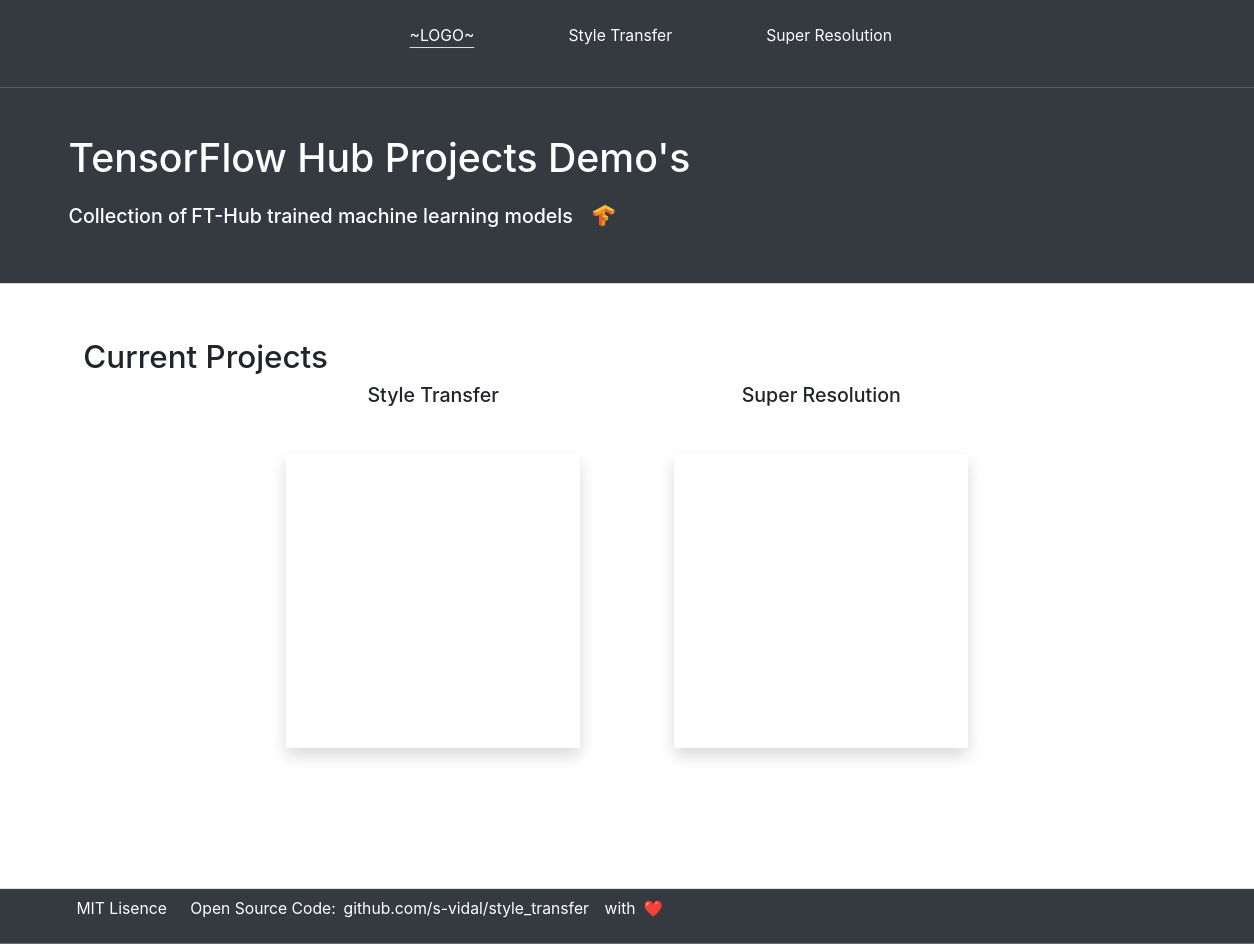
Repository: s-vidal/style_transfer
Page: / (app in client/)
An editor plug-in stored every save of this project. The page is shown before and after a run of saves, followed by the edit.
The browser window is 1280 px wide. The pictures show the whole page, at 98% of full size.
The page's requests for data from a server got no answer. The project was rebuilt for these pictures with package versions that can differ from the ones it lists, and the page was loaded fresh each time. A package was used in the major version that the imports need, not the one package.json lists. No one was signed in, and anything a server would have sent is missing. Also part of the build but not shown: client/src/components/DropZone.jsx, client/src/lib/api.js, client/src/components/Inference.jsx, client/src/components/Header.jsx, client/src/pages/StyleTransfer.jsx, client/src/pages/SuperResolution.jsx.

Above is the page before, as saved 2020-09-30 14:30:35.

After the next 3 saves:
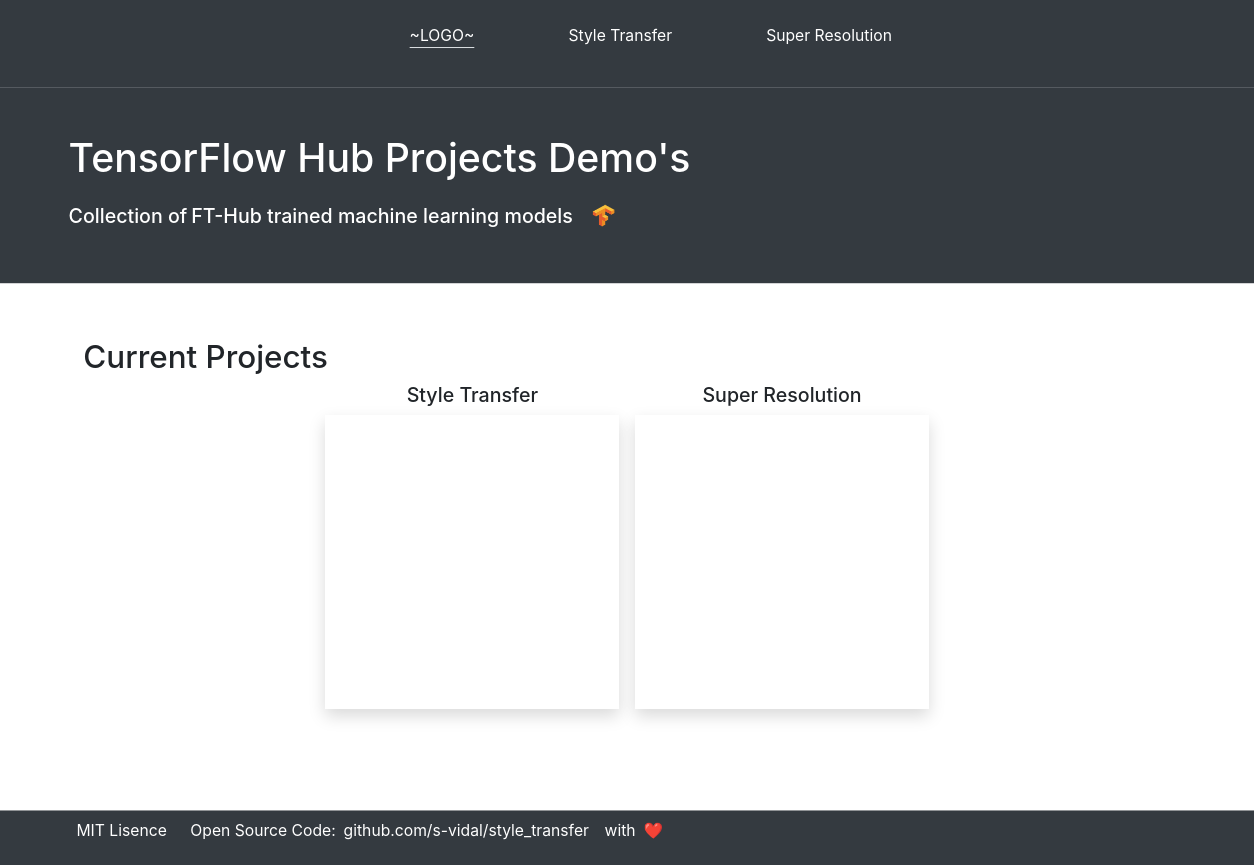
The 3 saves are shown as one change because they came seconds apart.
The last was saved 14 s later.
--- a/client/src/pages/HomePage.jsx
+++ b/client/src/pages/HomePage.jsx
@@ -35,11 +35,11 @@
           <div className="row d-flex justify-content-center">
             <div>
               <h5 className="text-center">Style Transfer</h5>
-              <div className="home-item shadow m-5 mt-2"></div>
+              <div className="home-item shadow m-2 mt-2"></div>
             </div>
             <div>
               <h5 className="text-center"> Super Resolution</h5>
-              <div className="home-item shadow m-5 mt-2"></div>
+              <div className="home-item shadow m-2"></div>
             </div>
           </div>
         </div>

After the 3 saves that followed:
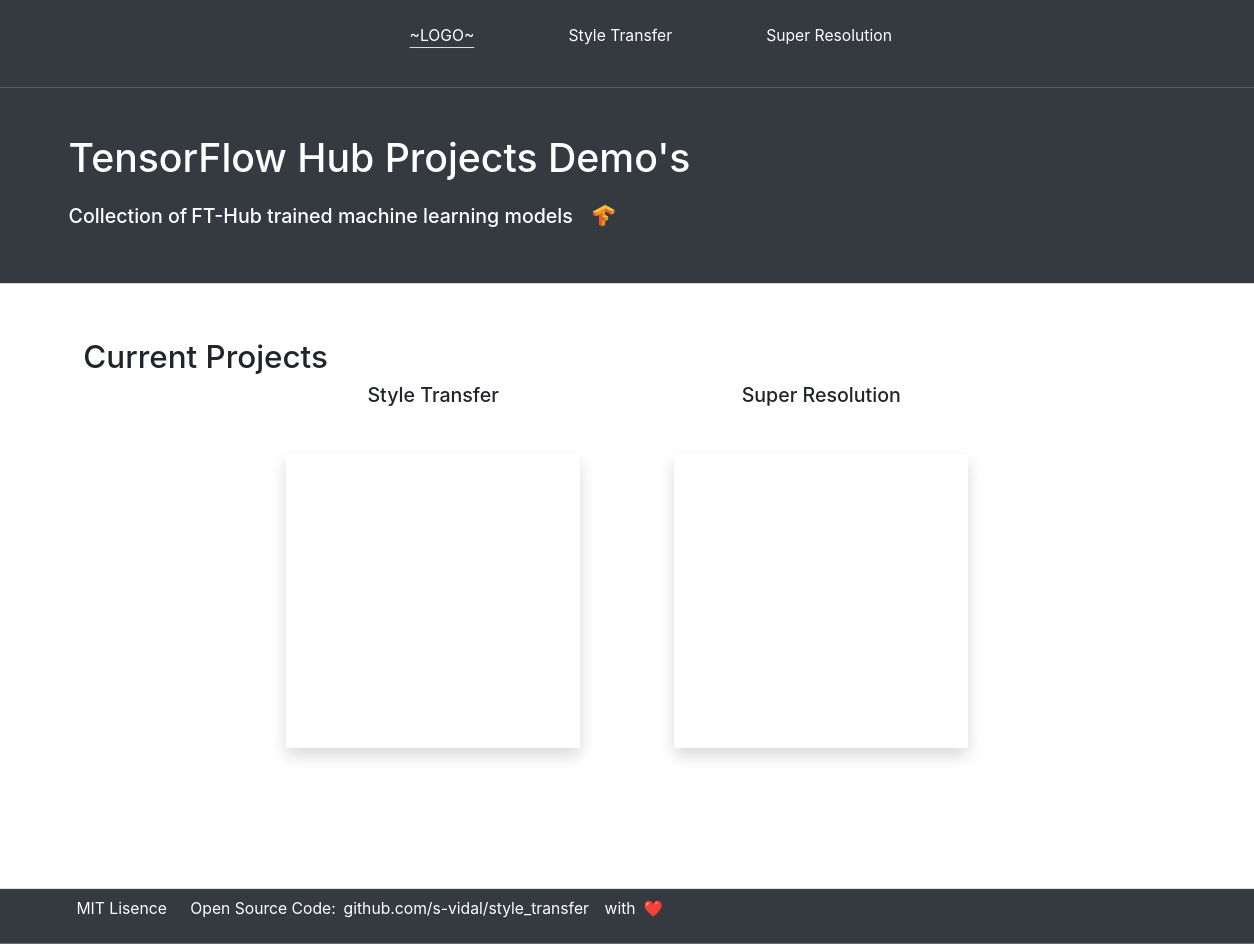
The 3 saves are shown as one change because 1 left the picture as it was and some came seconds apart.
The last was saved 15 s later.
--- a/client/src/pages/HomePage.jsx
+++ b/client/src/pages/HomePage.jsx
@@ -35,11 +35,11 @@
           <div className="row d-flex justify-content-center">
             <div>
               <h5 className="text-center">Style Transfer</h5>
-              <div className="home-item shadow m-2 mt-2"></div>
+              <div className="home-item shadow m-5"></div>
             </div>
             <div>
               <h5 className="text-center"> Super Resolution</h5>
-              <div className="home-item shadow m-2"></div>
+              <div className="home-item shadow m-5"></div>
             </div>
           </div>
         </div>
